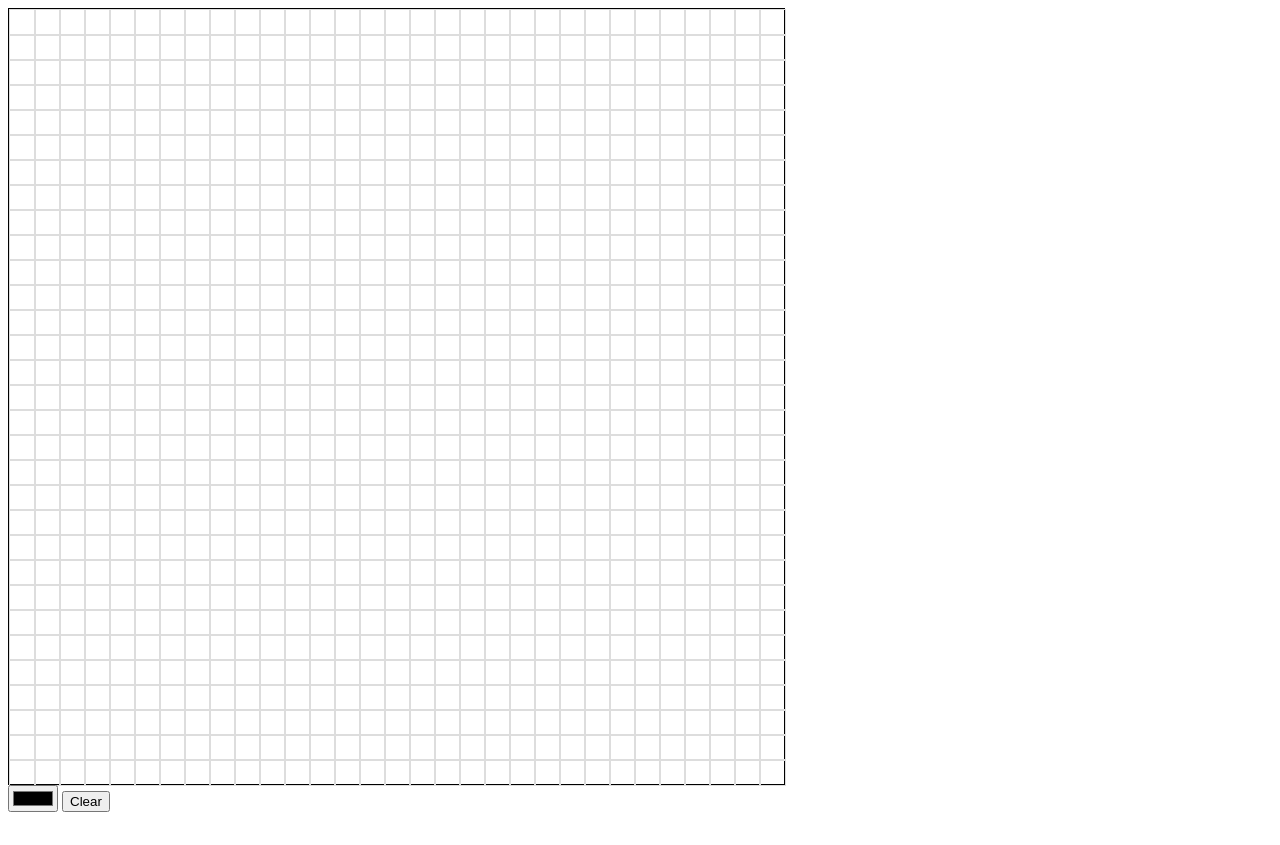
Repository: oldens/handwritten-digit-recognition
Page: index.html
The author's editor kept a copy of each file at every save. The page is drawn from the files as they stood at one save, then again after the next save.
The browser window is 1280 px wide. The pictures show the whole page.

Above is the page before, as saved 2025-01-31 15:59:26.

After the next save:
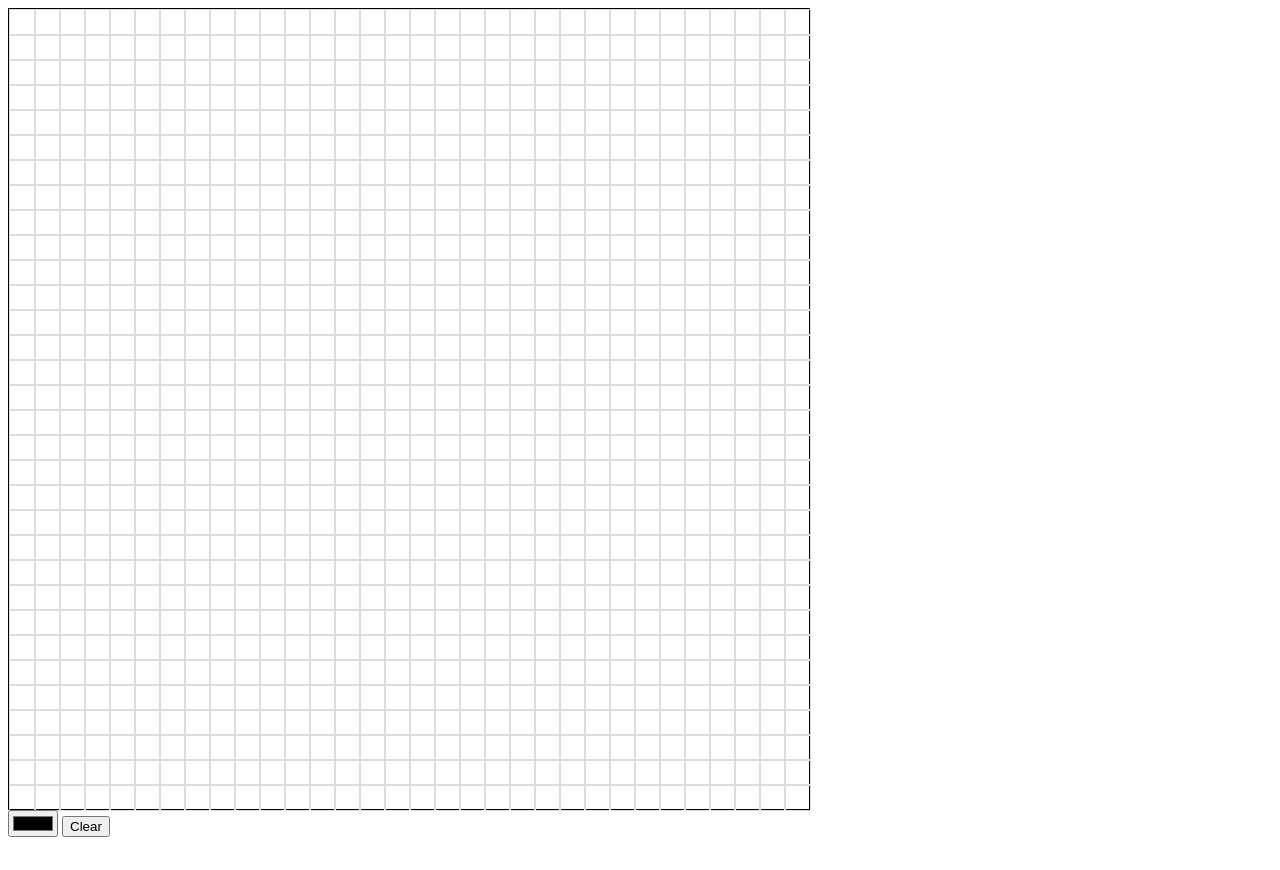
Saved 11 s later.
--- a/styles.css
+++ b/styles.css
@@ -1,5 +1,5 @@
 :root {
-    --grid-size: 31;
+    --grid-size: 32;
     --cell-size: 25px;
 }
 
